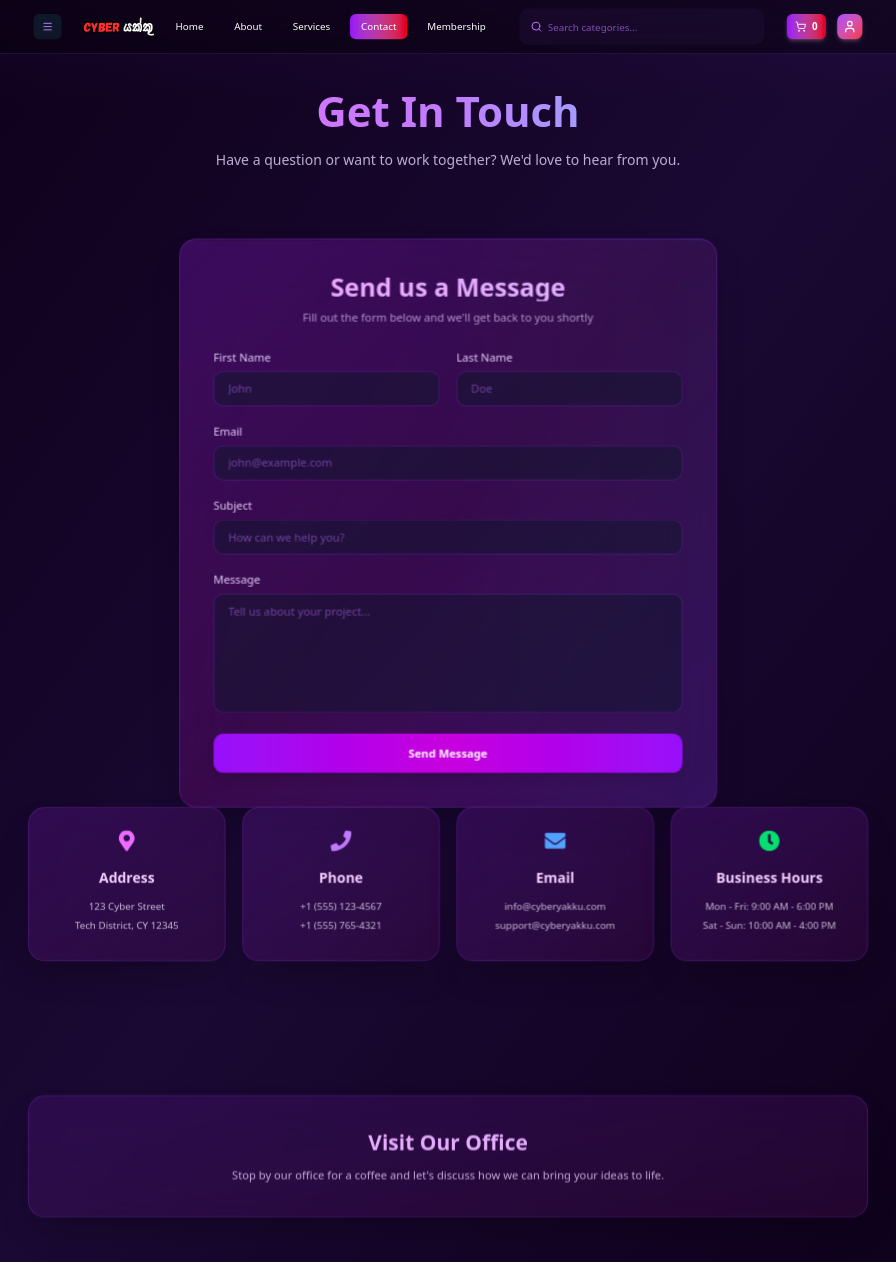
Repository: chamodya-hirusha/mta_sa_cyber_yakku_web
Page: /contact
The author's editor kept a copy of each file at every save. The page is drawn from the files as they stood at one save, then again after a run of saves.
The browser window is 1280 px wide. The pictures show the whole page, at 70% of full size.
The project was rebuilt for these pictures with package versions that can differ from the ones it lists, and the page was loaded fresh each time. The framework's server and built-in components were replaced by stand-ins that run in the browser. Also part of the build but not shown: next.config.mjs, components/user/UserProfileSection.jsx, components/navigation/NavigationLinks.jsx, components/ui/dialog.jsx, components/LoginPopup.jsx. Imported but missing from the stored project, and not drawn on this page: components/AdditionalMenu, components/SideNavHeader.

Above is the page before, as saved 2025-10-19 14:02:14.

After the next 3 saves:
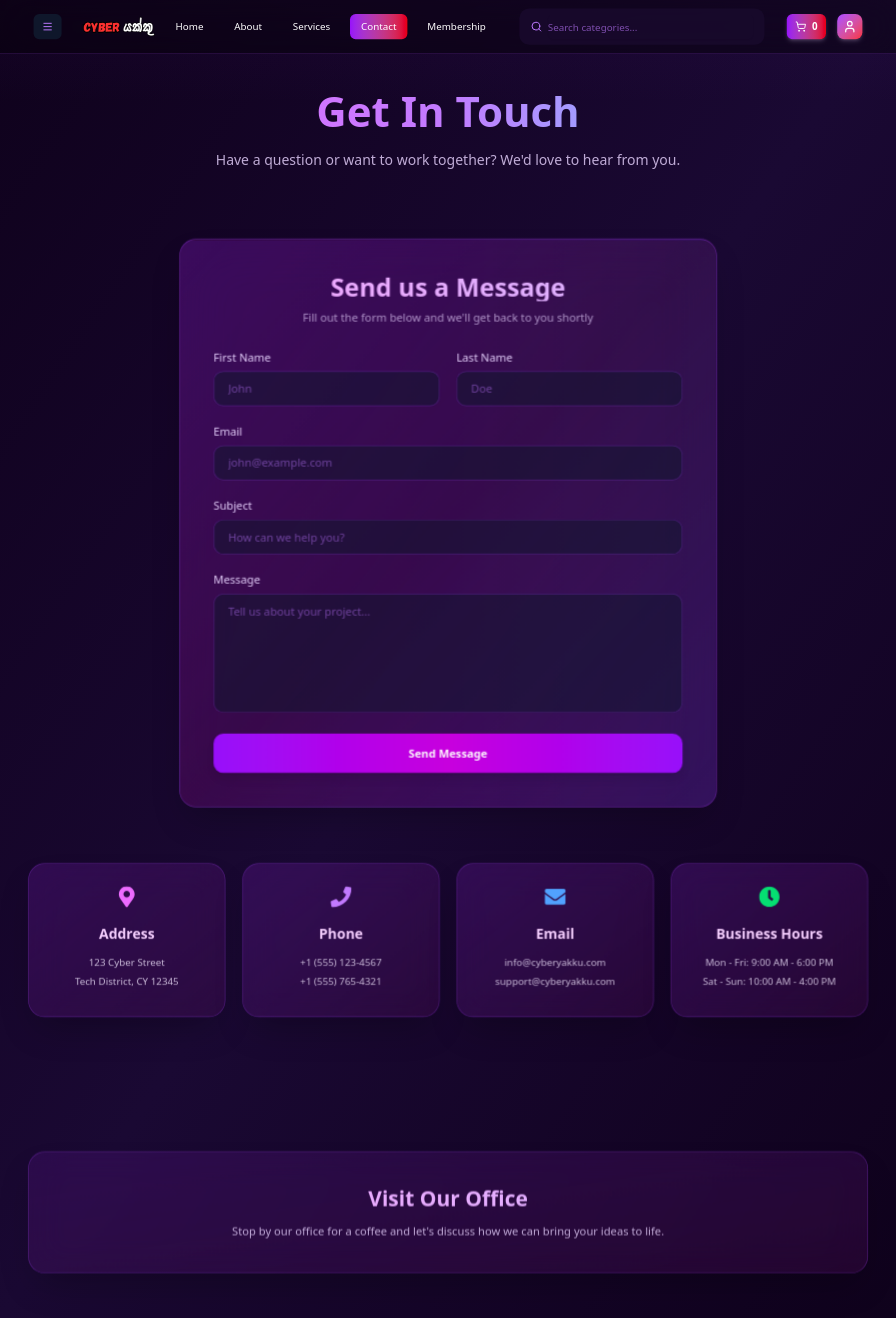
The 3 saves are shown as one change because they came seconds apart.
The last was saved 15 s later.
--- a/app/contact/page.jsx
+++ b/app/contact/page.jsx
@@ -201,7 +201,7 @@ export default function ContactPage() {
             </div>
           </div>
 
-            <div className="grid md:grid-cols-2 lg:grid-cols-4 gap-6 mb-20">
+            <div className="grid md:grid-cols-2 lg:grid-cols-4 pt-20 gap-6 mb-20">
             {contactInfo.map((info, index) => (
               <div
                 key={index}
